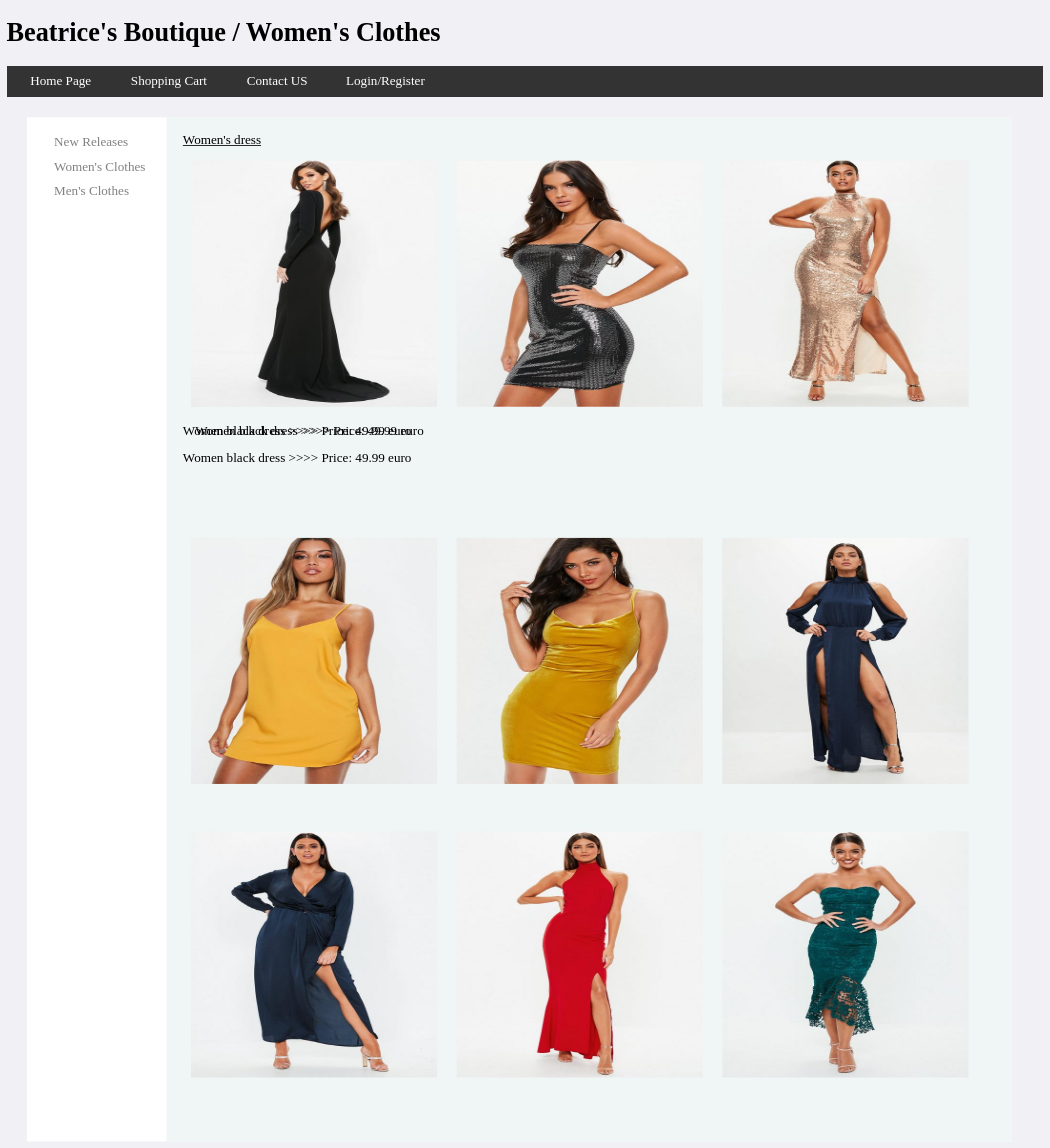
Repository: IosifDobos/Beatrice-Boutique
Page: http://localhost/BeatriceBoutique/womensClothes.jsp
The author's editor kept a copy of each file at every save. The page is drawn from the files as they stood at one save, then again after the next save.
The browser window is 1280 px wide. The pictures show the whole page, at 82% of full size.
The page is served by Tomcat 9. Other server files are loaded and not shown.

Above is the page before, as saved 2018-12-04 17:40:07.

### BeatriceBoutique/Java/WorkSpace/BeatriceBoutique/WebContent/womensClothes.jsp
<!DOCTYPE html >
<html>
<head>
<meta http-equiv="Content-Type" content="text/html; charset=ISO-8859-1">
<link rel="stylesheet" type="text/css" href="styleSheet.css">
<title>Women's Clothes</title>
</head>
<body>

	<h1>Beatrice's Boutique / Women's Clothes</h1>

	<ul>
		<li><a href="homePage.html">Home Page</a></li>
		<li><a href="shoppingCart.html">Shopping Cart</a></li>
		<li><a href="contact.html">Contact US</a></li>
		<li><a href="login.html">Login/Register</a></li>
	</ul>


	<div class = "container">
		<!-- left side of the container where menu is displayed -->
		<div id="sidemenu">
			<a href="#">New Releases</a>
			<a href="womensClothes.html">Women's Clothes</a>
			<a href="#">Men's Clothes</a>
		</div>
		<!-- right side of the container -->
		<div id="right-side">
			<p><u>Women's dress</u></p>

			<img alt="dress" src="womens-img/black-open-back-maxi-dress.jpg" width="300" height="300" style="margin-left: 10px;">

			<img alt="dress1" src="womens-img/black-sewn-through-disc-bodycon-mini-dress.jpg" width="300" height="300" style="margin-left: 20px;">

			<img alt="dress2" src="womens-img/gold-sequin-choker-maxi-dress.jpg" width="300" height="300" style="margin-left: 20px;">
			<div id="product-1">
				<p>Women black dress >>>>  Price: 49.99 euro</p>
			</div>
			<div id="product-2">
				<p>Women black dress >>>>  Price: 49.99 euro</p>
			</div>
			<div id="product-3">
				<p>Women black dress >>>>  Price: 49.99 euro</p>
			</div>
			<br><br><br><br>
			<img alt="dress3" src="womens-img/mustard-cami-shift-dress.jpg" width="300" height="300" style="margin-left: 10px;">

			<img alt="dress4" src="womens-img/mustard-velvet-cowl-mini-dress.jpg" width="300" height="300" style="margin-left: 20px;">

			<img alt="dress5" src="womens-img/navy-split-front-maxi-dress.jpg" width="300" height="300" style="margin-left: 20px;">

			<br><br><br><br>
			<img alt="dress6" src="womens-img/plus-size-navy-wrap-front-knot-dress.jpg" width="300" height="300" style="margin-left: 10px;">

			<img alt="dress7" src="womens-img/red-choker-maxi-dress.jpg" width="300" height="300" style="margin-left: 20px;">

			<img alt="dress8" src="womens-img/teal-lace-bandeau-bust-cup-midi-dress.jpg" width="300" height="300" style="margin-left: 20px;">

			<br><br><br><br>
		</div>

	</div>

</body>
</html>

### BeatriceBoutique/Java/WorkSpace/BeatriceBoutique/WebContent/styleSheet.css
@charset "UTF-8";

body{
	background-color: #f0f0f5;
}

ul {
	position: -webkit-sticky;
	position: sticky;
    list-style-type: none;
    top: 0;
    margin: 0;
    padding: 0;
    overflow: hidden;
    background-color: #333;
}

li{
	float: left;
}

li a{
	display: block;
	color: white;
	text-align: center;
	padding: 10px 16px;
	text-decoration: none;
	width: 100px;

}

li a:hover {
    background-color: #555;
    color: white;
}

.active {
    background-color: #4CAF50;
    color: white;
}

.container{
	margin-top: 25px;
	margin-left: 25px;
	margin-right: 25px;
	background-color:  white;
	min-height: 400px;
	width: 95%;
}

/*#container:after{
	content: "";
	display: table;
	clear: both;
} */



#sidemenu {
    min-height: 100px;; /* Full-height: remove this if you want "auto" height */
    width: 150px;; /* Set the width of the sidebar */
    position: fixed; /* Fixed Sidebar (stay in place on scroll) */
    z-index: 1; /* Stay on top */
    top: 150px; /* Stay at the top */
    left: 50px;
    background-color: ; /* Black */
    overflow-x: hidden; /* Disable horizontal scroll */
    padding: 8px 0;
}

#sidemenu a {
    padding: 6px 8px 6px 16px;
    text-decoration: none;
    font-size: 16px;
    color: #818181;
    display: block;
}

/* When you mouse over the navigation links, change their color */
#sidemenu a:hover {
    color: #679898;
}

/* Style page content */
#right-side {
    margin-left: 170px; /* Same as the width of the sidebar */
    padding: 3px 5px 20px 20px;
    background-color: #f0f5f5;
    min-height: 300px;
}


/* #right-side{
	float: right;
	margin-right: 20px;
	width: 60%;
} */


#product-1{
	position: absolute;
	margin-left: 15px;
}



/* Responsive layout - when the screen is less than 600px wide, make the two columns stack on top of each other instead of next to each other */
@media screen and (max-width: 600px) {
    .col-25, .col-75, input[type=submit] {
        width: 100%;
        margin-top: 0;
    }
}

@media screen and (max-height: 450px) {
    #sidemenu {padding-top: 15px;}
    #sidemenu a {font-size: 18px;}
}

After the next save:
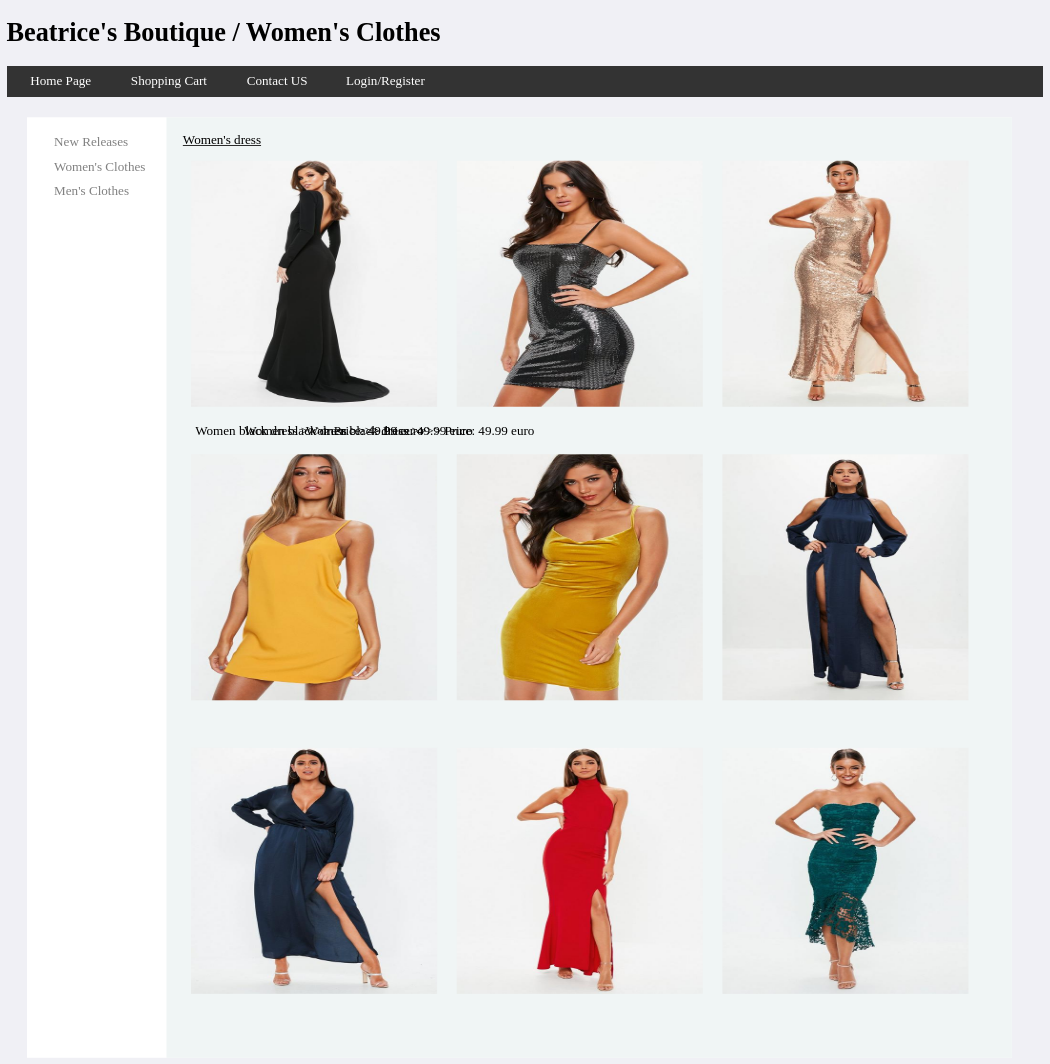
Saved 21 s later.
--- a/BeatriceBoutique/Java/WorkSpace/BeatriceBoutique/WebContent/styleSheet.css
+++ b/BeatriceBoutique/Java/WorkSpace/BeatriceBoutique/WebContent/styleSheet.css
@@ -102,6 +102,16 @@ li a:hover {
 	margin-left: 15px;
 }
 
+#product-2{
+	position: absolute;
+	margin-left: 75px;
+}
+
+#product-3{
+	position: absolute;
+	margin-left: 150px;
+}
+
 
 
 /* Responsive layout - when the screen is less than 600px wide, make the two columns stack on top of each other instead of next to each other */
